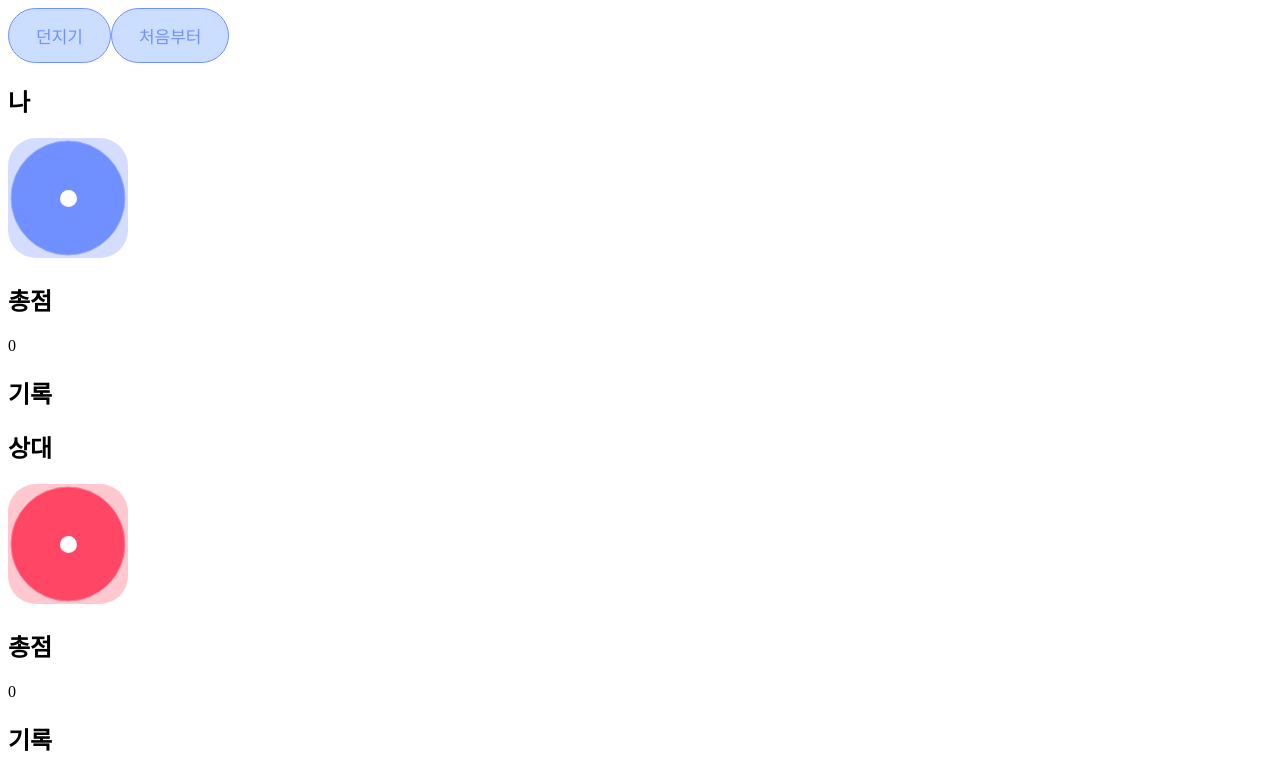
Repository: songjiwon17/React_study
Page: /
The author's editor kept a copy of each file at every save. The page is drawn from the files as they stood at one save, then again after the next save.
The browser window is 1280 px wide. The pictures show the whole page.
The project was rebuilt for these pictures with package versions that can differ from the ones it lists, and the page was loaded fresh each time.

Above is the page before, as saved 2023-09-16 20:30:07.

After the next save:
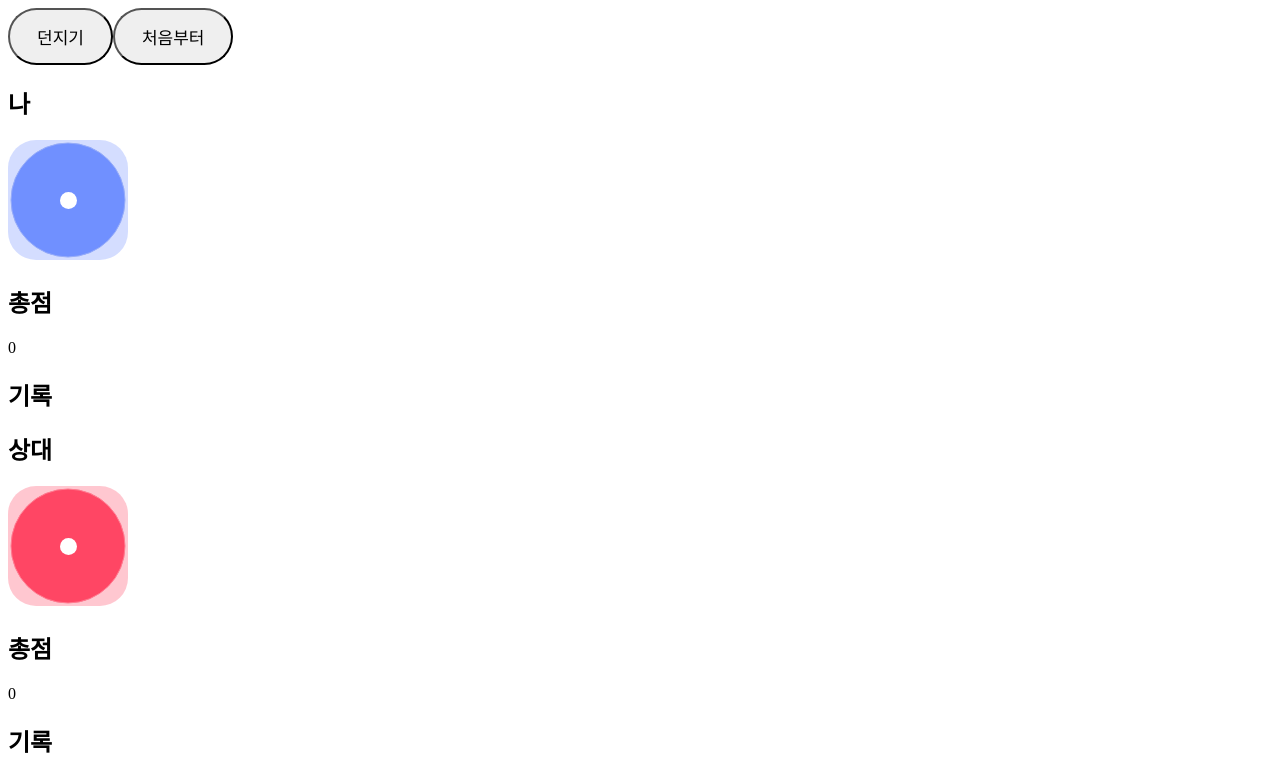
Saved 43 s later.
--- a/src/Button.js
+++ b/src/Button.js
@@ -1,12 +1,9 @@
 const baseButtonStyle = {
     padding: '14px 27px',
-    border: 'solid 1px #7090ff',
     outline: 'none',
-    color: '#7090ff',
     cursor: 'pointer',
-    backgroundColor: 'rgba(0, 89, 255, 0.2)',
     borderRadius: '30px',
-    fontSize: '17px'
+    fontSize: '17px',
 };
 function Button({children ,onClick}){
     return <button style={baseButtonStyle} onClick={onClick}>{children}</button>
